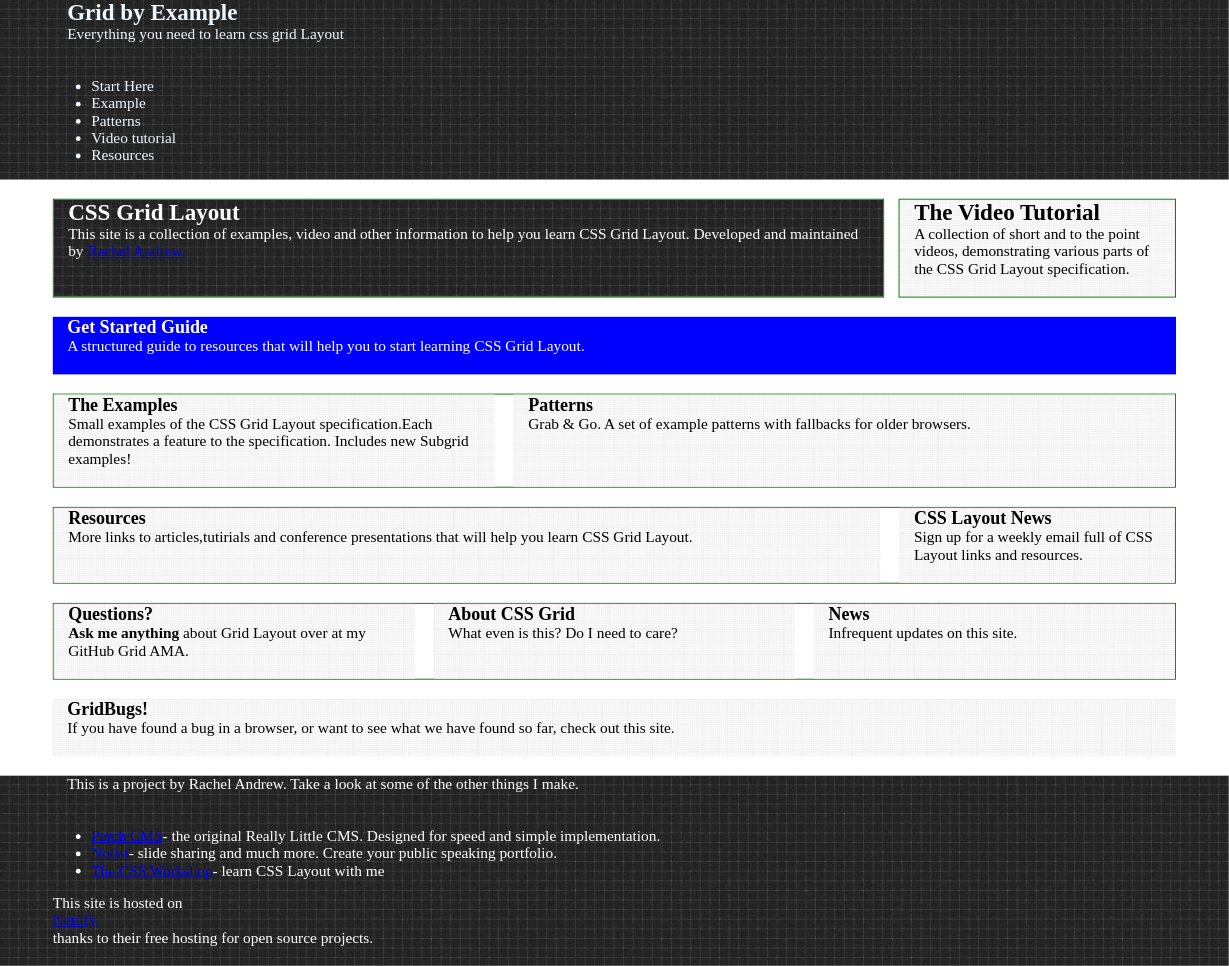
Repository: sitikhusushan/grid
Page: index.html
The author's editor kept a copy of each file at every save. The page is drawn from the files as they stood at one save, then again after the next save.
The browser window is 1280 px wide. The pictures show the whole page, at 96% of full size.

Above is the page before, as saved 2020-05-12 22:59:08.

### index.html
<!DOCTYPE html>
<html lang="en">
  <head>
    <meta charset="UTF-8" />
    <meta name="viewport" content="width=device-width, initial-scale=1.0" />
    <title>Grid View</title>
    <link rel="stylesheet" href="style.css" />
  </head>
  <body>
    <div class="header">
      <div class="container">
        <h2>Grid by Example</h2>
        <p>Everything you need to learn css grid Layout</p>
        <ul>
          <li>Start Here</li>
          <li>Example</li>
          <li>Patterns</li>
          <li>Video tutorial</li>
          <li>Resources</li>
        </ul>
      </div>
    </div>
    <div class="layout">
      <div class="container">
        <div class="layouts">
        <div class="left">
          <h2>CSS Grid Layout</h2>
          <p>
            This site is a collection of examples, video and other information
            to help you learn CSS Grid Layout. Developed and maintained by
            <a href="#">Rachel Andrew.</a>
          </p>
        </div>
        <div class="right">
          <h2>The Video Tutorial</h2>
          <p>
            A collection of short and to the point videos, demonstrating various
            parts of the CSS Grid Layout specification.
          </p>
        </div>
      </div>
    </div>
    </div>
    <div class="guide ">
      <div class="container">
        <div class="guides">
        <h3>Get Started Guide</h3>
        <p>
          A structured guide to resources that will help you to start learning
          CSS Grid Layout.
        </p>
      </div>
      </div>
    </div>
    <div class="new">
      <div class="container">
        <div class="news">
        <div class="left">
          <h3>The Examples</h3>
          <p>
            Small examples of the CSS Grid Layout specification.Each
            demonstrates a feature to the specification. Includes new Subgrid
            examples!
          </p>
        </div>
        <div class="right">
          <h3>Patterns</h3>
          <p>
            Grab & Go. A set of example patterns with fallbacks for older
            browsers.
          </p>
        </div>
      </div>
    </div>
    </div>
    <div class="resources">
      <div class="container">
        <div class="rs">
        <div class="left">
          <h3>Resources</h3>
          <p>
            More links to articles,tutirials and conference presentations that
            will help you learn CSS Grid Layout.
          </p>
        </div>
        <div class="right">
          <h3>CSS Layout News</h3>
          <p>
            Sign up for a weekly email full of CSS Layout links and resources.
          </p>
        </div>
      </div>
    </div>
    </div>
    <div class="question">
      <div class="container">
        <div class="qs">
        <div class="left">
          <h3>Questions?</h3>
          <p>
            <b>Ask me anything</b> about Grid Layout over at my GitHub Grid AMA.
          </p>
        </div>
        <div class="middle">
          <h3>About CSS Grid</h3>
          <p>What even is this? Do I need to care?</p>
        </div>
        <div class="right">
          <h3>News</h3>
          <p>Infrequent updates on this site.</p>
        </div>
      </div>
      </div>
    </div>
    <div class="bugs">
      <div class="container">
        <div class="bug">
        <h3>GridBugs!</h3>
        <p>
          If you have found a bug in a browser, or want to see what we have
          found so far, check out this site.
        </p>
      </div>
    </div>
    </div>
  <footer>
    <div class="foo">
      <div class="container">
      <p>This is a project by Rachel Andrew. Take a look at some of the other things I make.
        <ul>
          <li><a href="#">Perch CMS</a>- the original Really Little CMS. Designed for speed and simple implementation.</li>
          <li><a href="#">Notist</a>- slide sharing and much more. Create your public speaking portfolio.</li>
          <li><a href="#">The CSS Workshop</a>- learn CSS Layout with me</li>
        </ul>
        This site is hosted on <a href="#">Netilfy,</a>thanks to their free hosting for open source projects.
      </p>
      </div>
    </div>
  </footer>
  </body>
</html>

### style.css
body {
  padding: 0px;
  margin: 0px;
}

.container {
  display: grid;
  width: 1170px;
  margin-left: auto;
  margin-right: auto;
  max-width: 100%;
  padding-left: 15px;
  padding-right: 15px;
}

/* * {
  -webkit-box-sizing: border-box;
  -moz-box-sizing: border-box;
  box-sizing: border-box;
} */

.header {
  background-image: url("image/inflicted.png");
  color: aliceblue;
}

.layout .left {
  background-image: url("image/inflicted.png");
  color: #ffffff;
}

.right {
  background-image: url("image/tiny_grid.png");
}

.guides {
  width: 100%;
  background-color: blue;
  color: #ffffff;
}

.left {
  background-image: url("image/tiny_grid.png");
}

.middle {
  background-image: url("image/tiny_grid.png");
}

.bug {
  background-image: url("image/tiny_grid.png");
  margin-bottom: 20px;
}

footer {
  background-image: url("image/inflicted.png");
  color: #ffffff;
}

.layouts {
  display: grid;
  grid-template-columns: 3fr 1fr;
  grid-gap: 15px;
  margin-top: 20px;
  margin-bottom: 20px;
}

.layouts > div {
  border: solid 1px green;
}

.news {
  display: grid;
  grid-template-columns: 2fr 3fr;
  grid-gap: 20px;
  margin-top: 20px;
  margin-bottom: 20px;
  border: solid 1px green;
}

.rs {
  display: grid;
  grid-template-columns: 3fr 1fr;
  grid-gap: 20px;
  border: solid 1px green;
}

.qs {
  display: grid;
  grid-template-columns: 1fr 1fr 1fr;
  grid-gap: 20px;
  margin-top: 20px;
  margin-bottom: 20px;
  border: solid 1px green;
}

h3,
p,
h2 {
  margin: 0px;
  padding-left: 15px;
  padding-right: 15px;
}

p {
  margin-bottom: 20px;
}

After the next save:
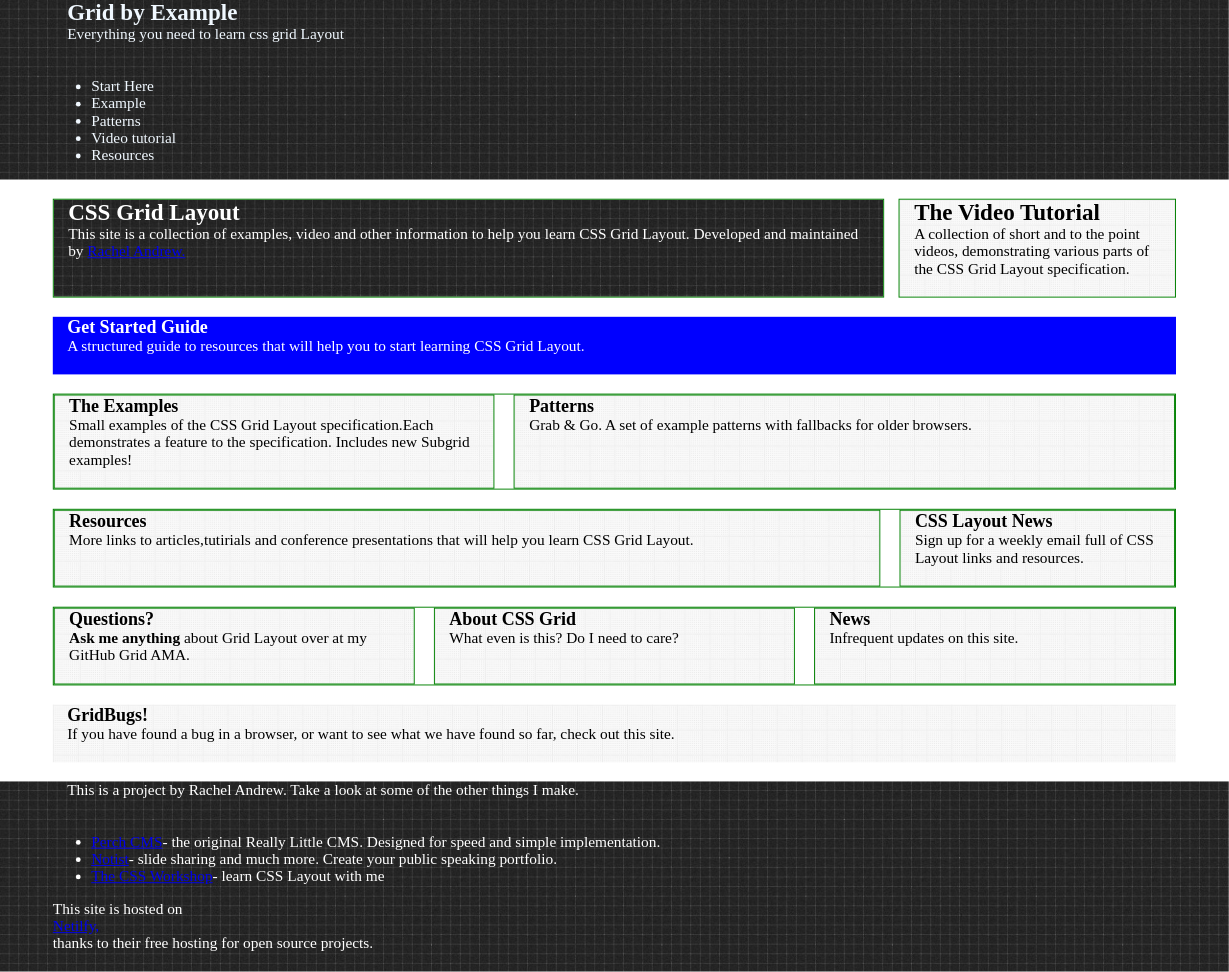
Saved 49 s later.
--- a/style.css
+++ b/style.css
@@ -65,7 +65,10 @@ footer {
   margin-bottom: 20px;
 }
 
-.layouts > div {
+.layouts > div,
+.news > div,
+.rs > div,
+.qs > div {
   border: solid 1px green;
 }
 
